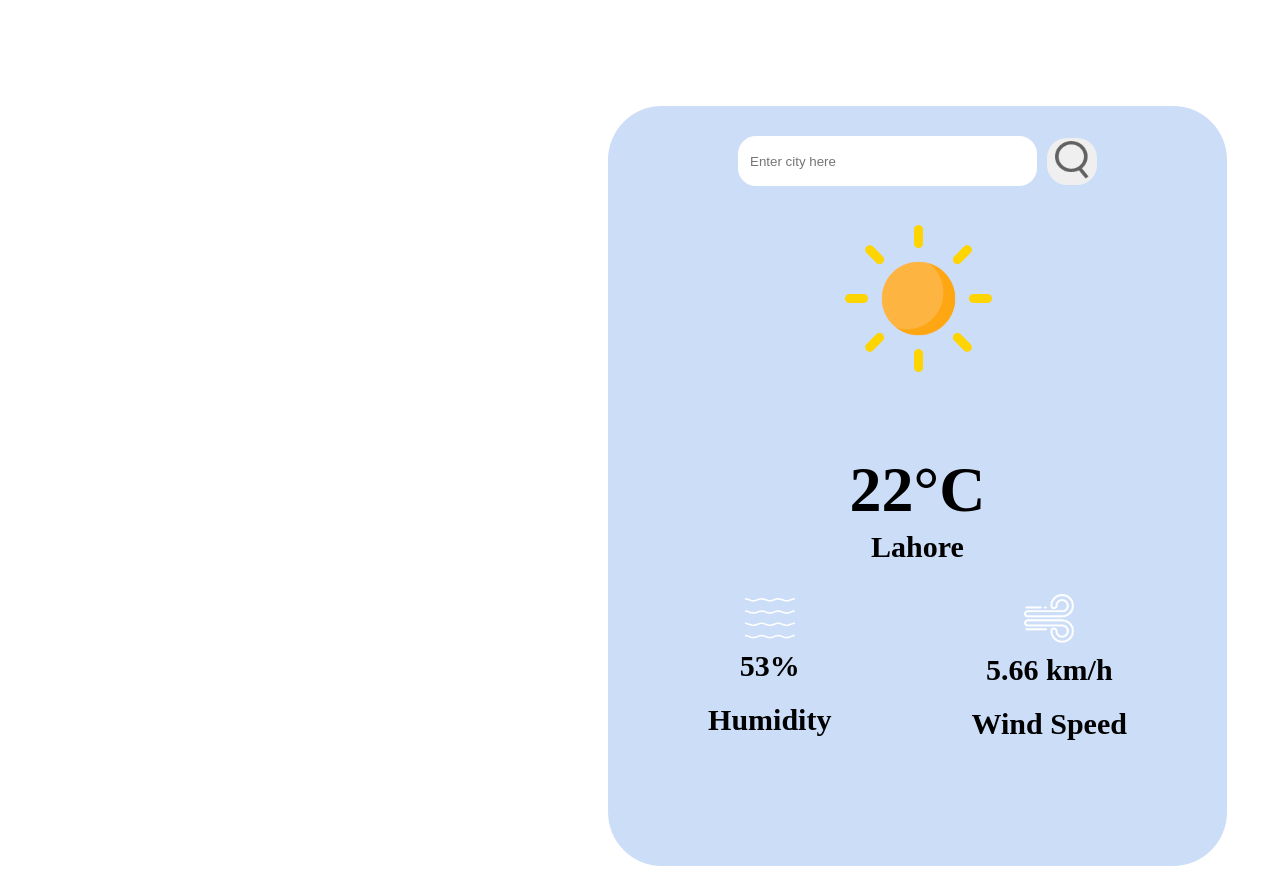
Repository: WajihaGul/Javascripts-Projects
Page: WEATHER APP/index.html
These files come from the project's save history. The page is drawn as it stood at one moment and after the next save; the edit follows.
The browser window is 1280 px wide. The pictures show the whole page.

Above is the page before, as saved 2024-06-07 19:44:36.

### WEATHER APP/index.html
<!DOCTYPE html>
<html>
<head>
    <meta charset="utf-8">
    <meta http-equiv="X-UA-Compatible" content="IE=edge">
    <title>Weather App</title>
    <meta name="description" content="">
    <meta name="viewport" content="width=device-width, initial-scale=1">
    <link rel="stylesheet" href="./style.css">
</head>
<body>
    <div class="MainDiv">
        <div class="SearchDiv">
            <input type="search" class="SearchInput" placeholder="Enter city here">
            <button class="SearchLogo"><img src="/images/search.png" class="btnimg" alt="SearchLogo"></button>
        </div>

        <div class="SecDiv">
            <div class="weather">
                <img src="./images/clear.png" alt="weather here" class="weatherImg">
            </div>
            <div class="temperature">
                <h1>22°C</h1>
            </div>
            <div class="cityName">
                <h1>Lahore</h1>
            </div>
            <div class="humidityAndWindSpeed">
                <div class="humidity">
                    <img src="./images/humidity.png" alt="">
                    <h1>53%</h1>
                    <h2>Humidity</h2>
                </div>
                <div class="windSpeed">
                    <img src="./images/wind.png" alt="">
                    <h1>5.66 km/h</h1>
                    <h2>Wind Speed</h2>
                </div>
            </div>
        </div>
    </div>
    <script>
        const APIkey= "https://api.openweathermap.org/data/2.5/weather?&units=metric";
        const Appid="6348a586aa1ef3c18b76814239e3158a";

        const SearchBar = document.querySelector(".SearchInput");
        const SearchButton = document.querySelector(".SearchLogo");

        async function checkWeather(city) {
            const response = await fetch(`${APIkey}&q=${city}&appid=${Appid}`);
            var data = await response.json();
            console.log(data);

            document.querySelector(".temperature h1").innerHTML = Math.round(data.main.temp) + " °C";
            document.querySelector(".cityName h1").innerHTML = data.name;
            document.querySelector(".windSpeed h1").innerHTML = data.wind.speed + " km/h";
            document.querySelector(".humidity h1").innerHTML = data.main.humidity + " %";
        }

        SearchButton.addEventListener("click", () => {
            checkWeather(SearchBar.value);
        });
    </script>
</body>
</html>

### WEATHER APP/style.css
.MainDiv{
    background-color: rgb(154 187 241 / 50%);
    width: 559px;
    margin-top: 106px;
    /* margin-bottom: 106px; */
    border-radius: 54px;
    height: 700px;
    padding: 30px;
    margin-left:600px;
    margin-right: 600px;
}
 .SearchInput{
    width: 303px;
    height: 50px;
    border-radius: 18px;
    padding: 10px;
    border-color: transparent;
    margin-right: 10px;
}
.SearchDiv{
    display: flex;
    flex-direction: row;
    align-items: center;
    margin: 0 auto;
    margin-left: 100px;
    margin-right: 100px;
}
.btnimg{
    height: 38px;
    width: 34px;
}
.SearchLogo{
    border-color: transparent;
    border-radius: 20px;
    cursor: pointer;
}
.temperature h1{
    display: flex;
    align-items: center;
    justify-content: center;
    font-size: 64px;

}
.weatherImg{
    display: flex;
    margin: 0 auto;

}
.cityName h1{
    display: flex;
    align-items: center;
    justify-content: center;
    font-size: 30px;
    margin-top: -50px;
    padding: 10px;
}
.humidityAndWindSpeed {
    display: flex;
    justify-content: space-around;
    align-items: center;
    margin-top: 20px;
}

.humidity,
.windSpeed {
    display: flex;
    flex-direction: column;
    align-items: center;
    text-align: center; /* Center text */
}

.humidity img,
.windSpeed img {
    margin-bottom: 10px; /* Adjust as needed */
    width: 50px; /* Adjust as needed */
    height: auto; /* Maintain aspect ratio */
}

.humidity h1,
.windSpeed h1 {
    font-size: 30px;
    margin: 0 auto;
}

.humidity h2,
.windSpeed h2 {
    font-size: 30px;
    margin: 0 auto;
    padding-top: 20px;
}

After the next save:
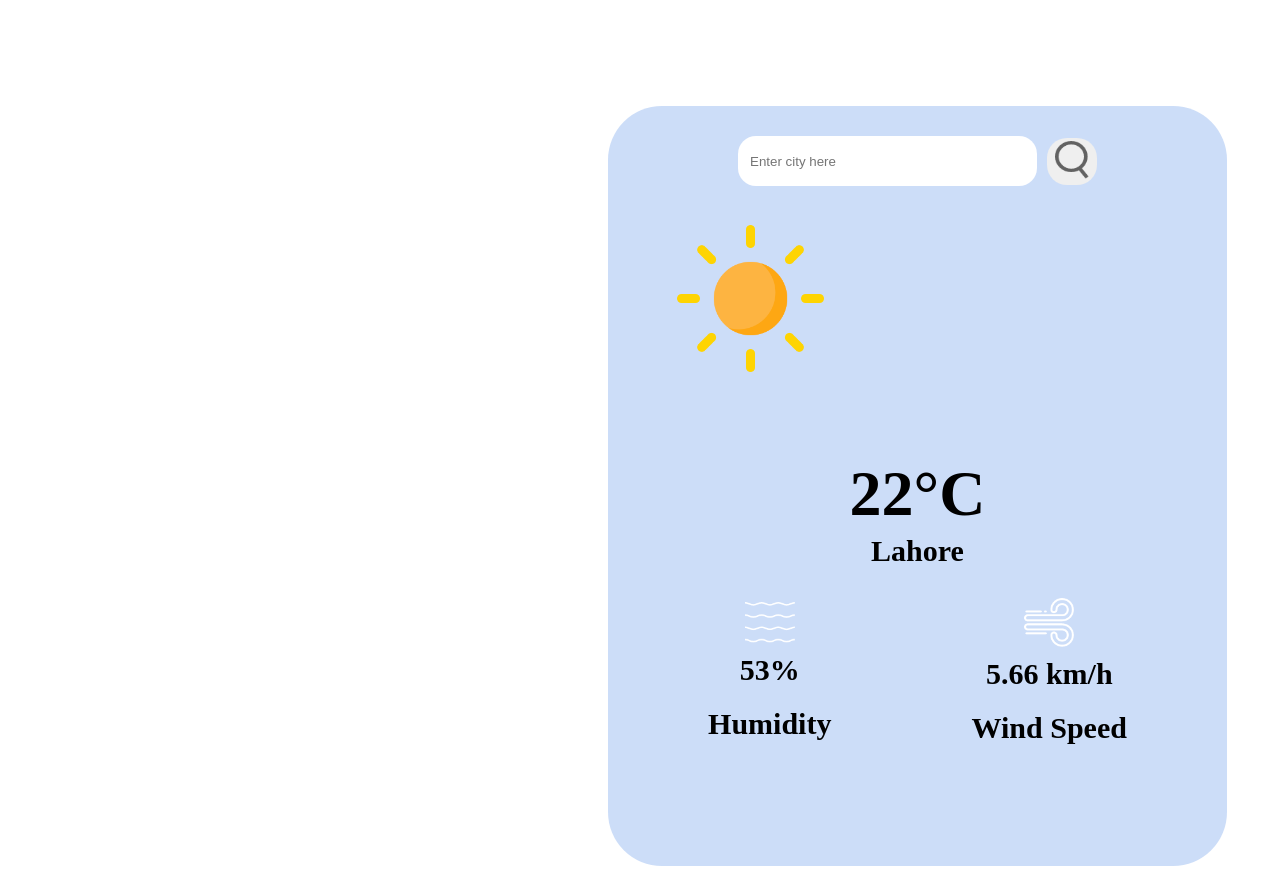
Saved 2 min 47 s later.
--- a/WEATHER APP/index.html
+++ b/WEATHER APP/index.html
@@ -17,7 +17,7 @@
 
         <div class="SecDiv">
             <div class="weather">
-                <img src="./images/clear.png" alt="weather here" class="weatherImg">
+                <img src="./images/clear.png" alt="weather here">
             </div>
             <div class="temperature">
                 <h1>22°C</h1>

After the save that followed:
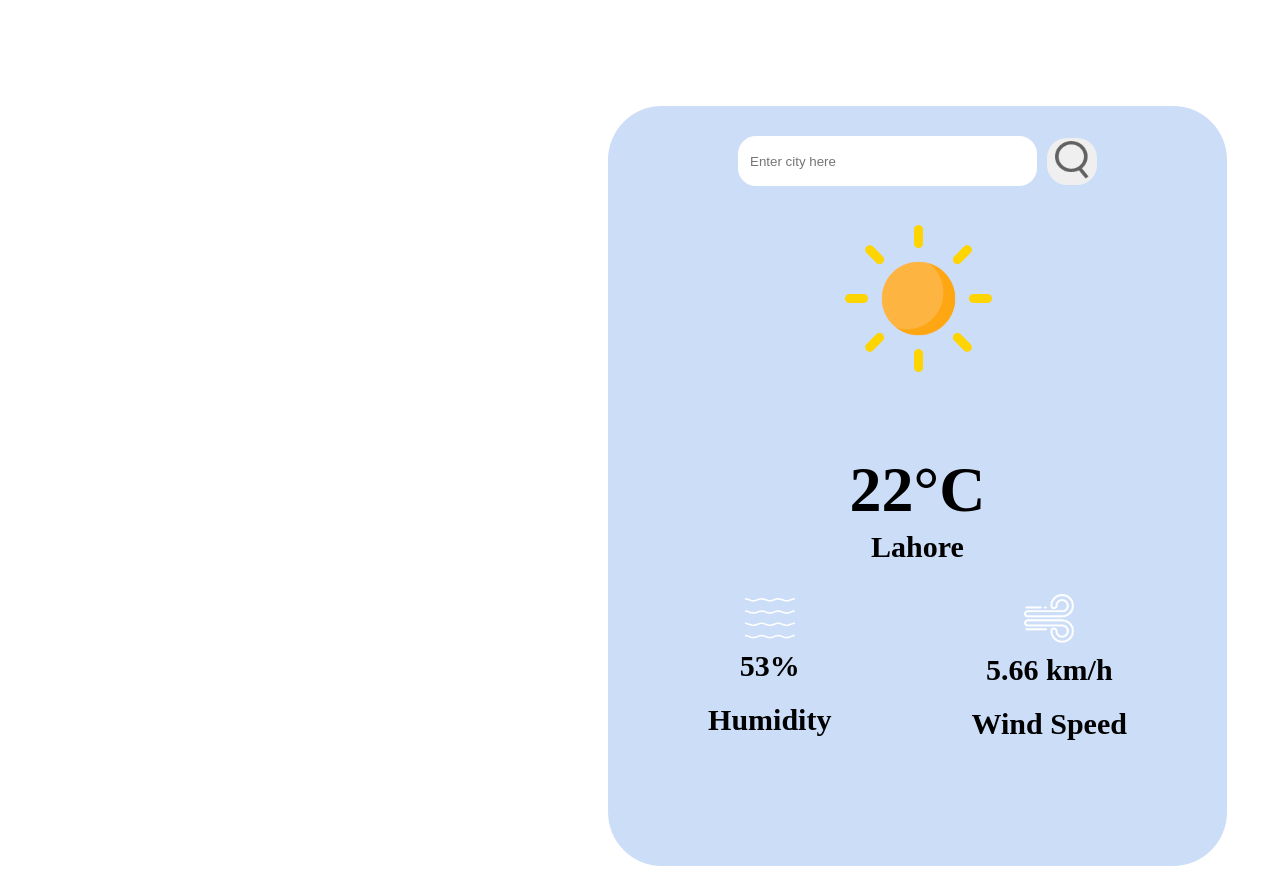
Saved 27 s later.
--- a/WEATHER APP/style.css
+++ b/WEATHER APP/style.css
@@ -41,7 +41,7 @@
     font-size: 64px;
 
 }
-.weatherImg{
+.weather img{
     display: flex;
     margin: 0 auto;
 
